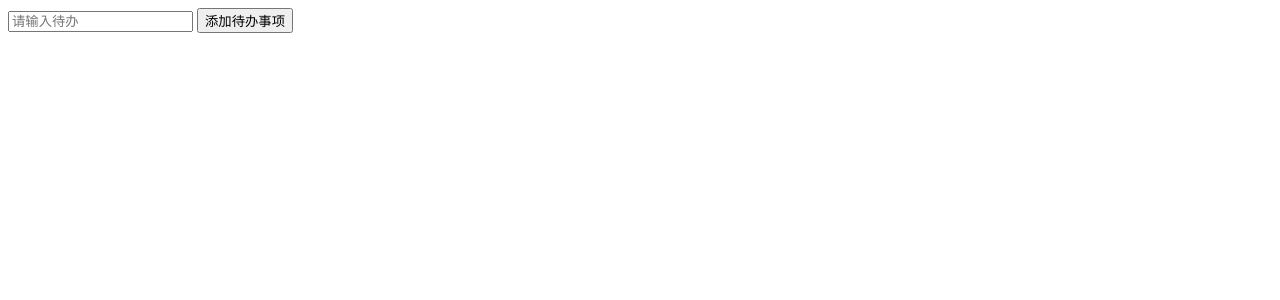
Repository: shimlyy/Angular_study
Page: typescript/jichu/index.html
These files come from the project's save history. The page is drawn as it stood at one moment and after the next save; the edit follows.
The browser window is 1280 px wide. The pictures show the whole page.

Above is the page before, as saved 2019-11-06 00:34:56.

After the next save:
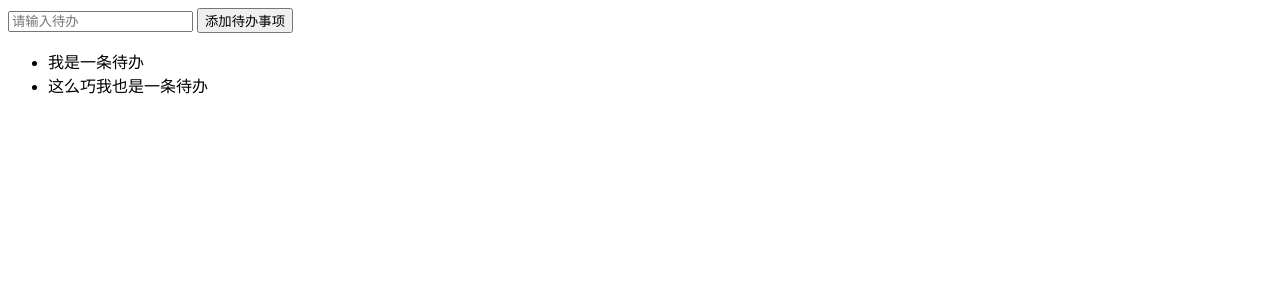
Saved 50 s later.
--- a/typescript/jichu/index.html
+++ b/typescript/jichu/index.html
@@ -9,5 +9,10 @@
 <body>
     <input type="text" id="txtContent" placeholder="请输入待办">
     <button id="btnAdd">添加待办事项</button>
+
+    <ul id="todolist">
+        <li>我是一条待办</li>
+        <li>这么巧我也是一条待办</li>
+    </ul>
 </body>
 </html>
